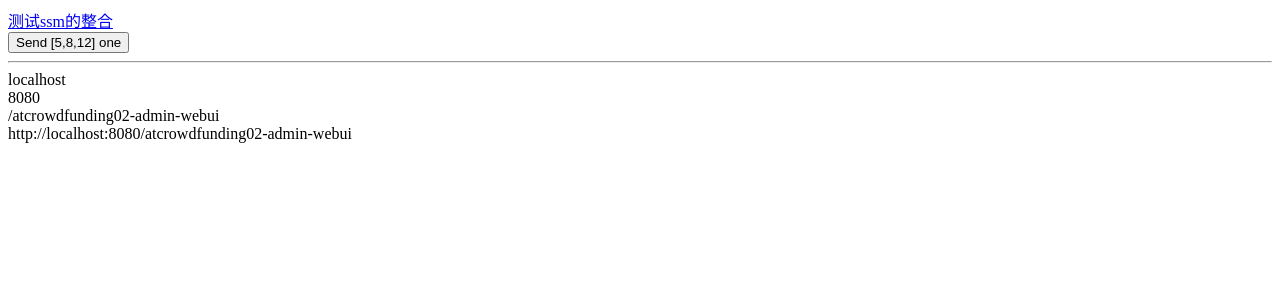
Repository: sxcyyds/scw
Page: http://localhost/atcrowdfunding02-admin-webui/
The author's editor kept a copy of each file at every save. The page is drawn from the files as they stood at one save, then again after the next save.
The browser window is 1280 px wide. The pictures show the whole page.
The page is served by Tomcat 9. Nobody is signed in. The application's start-up code is not run.

Above is the page before, as saved 2022-02-14 08:57:26.

### scw/atcrowdfunding01-admin-parent/atcrowdfunding02-admin-webui/src/main/webapp/index.jsp
<%@ page language="java" contentType="text/html; charset=UTF-8"
    pageEncoding="UTF-8"%>
<!DOCTYPE html>
<html>
<head>
<meta charset="UTF-8">
<title>Insert title here</title>
<!-- http://localhost:8080/atcrowdfunding02-admin-webui/test/ssm.html -->
<base href="http://${ pageContext.request.serverName }:${ pageContext.request.serverPort }${pageContext.request.contextPath}/">
<script type="text/javascript" src="jquery/jquery-2.1.1.min.js"></script>
</head>
<body>
<script type="text/javascript">

	$(function(){
		$("#btn1").click(function(){
			$.ajax({
				"url":"send/array.html",
				"type":"POST",
				"data":{
					"array":[2,5,8]
				},
				"dataType":"text",
				"success":function(result){
					alert(result);
				},
				"error":function(result){
					alert(result);
				}

			});
		});
		var array=[2,5,10]     //主备好要发送到服务器的数组
		var requestBody=JSON.stringify(array);    //将json数组转换为字符串

		$("#btn3").click(function(){
			$.ajax({
				"url":"send/arraythree.html",
				"type":"POST",
				"data":requestBody,
				"contentType":"application/json;charset=UTF-8",  //设置请求体的内容类型
				"dataType":"text",								//如何对待服务器端返回的数据
				"success":function(result){
					alert(result);
				},
				"error":function(result){
					alert(result);
				}

			});
		});


	});


</script>


<a href="test/ssm.html">测试ssm的整合</a><br>

<button id="btn1">Send [5,8,12] one</button>


<hr/>
${ pageContext.request.serverName }<br>
${ pageContext.request.serverPort }<br>
${pageContext.request.contextPath}<br>

http://${ pageContext.request.serverName }:${ pageContext.request.serverPort }${pageContext.request.contextPath}

</body>
</html>

Loaded but not shown: scw/atcrowdfunding01-admin-parent/atcrowdfunding02-admin-webui/src/main/webapp/jquery/jquery-2.1.1.min.js (library)

After the next save:
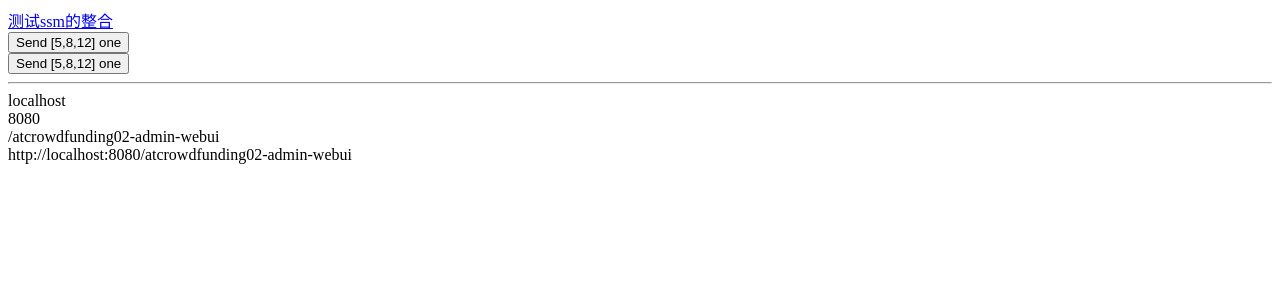
Saved 17 s later.
--- a/scw/atcrowdfunding01-admin-parent/atcrowdfunding02-admin-webui/src/main/webapp/index.jsp
+++ b/scw/atcrowdfunding01-admin-parent/atcrowdfunding02-admin-webui/src/main/webapp/index.jsp
@@ -59,9 +59,9 @@
 
 <a href="test/ssm.html">测试ssm的整合</a><br>
 
-<button id="btn1">Send [5,8,12] one</button>
+<button id="btn1">Send [5,8,12] one</button><br>
 
-
+<button id="btn3">Send [5,8,12] one</button>
 <hr/>
 ${ pageContext.request.serverName }<br>
 ${ pageContext.request.serverPort }<br>
